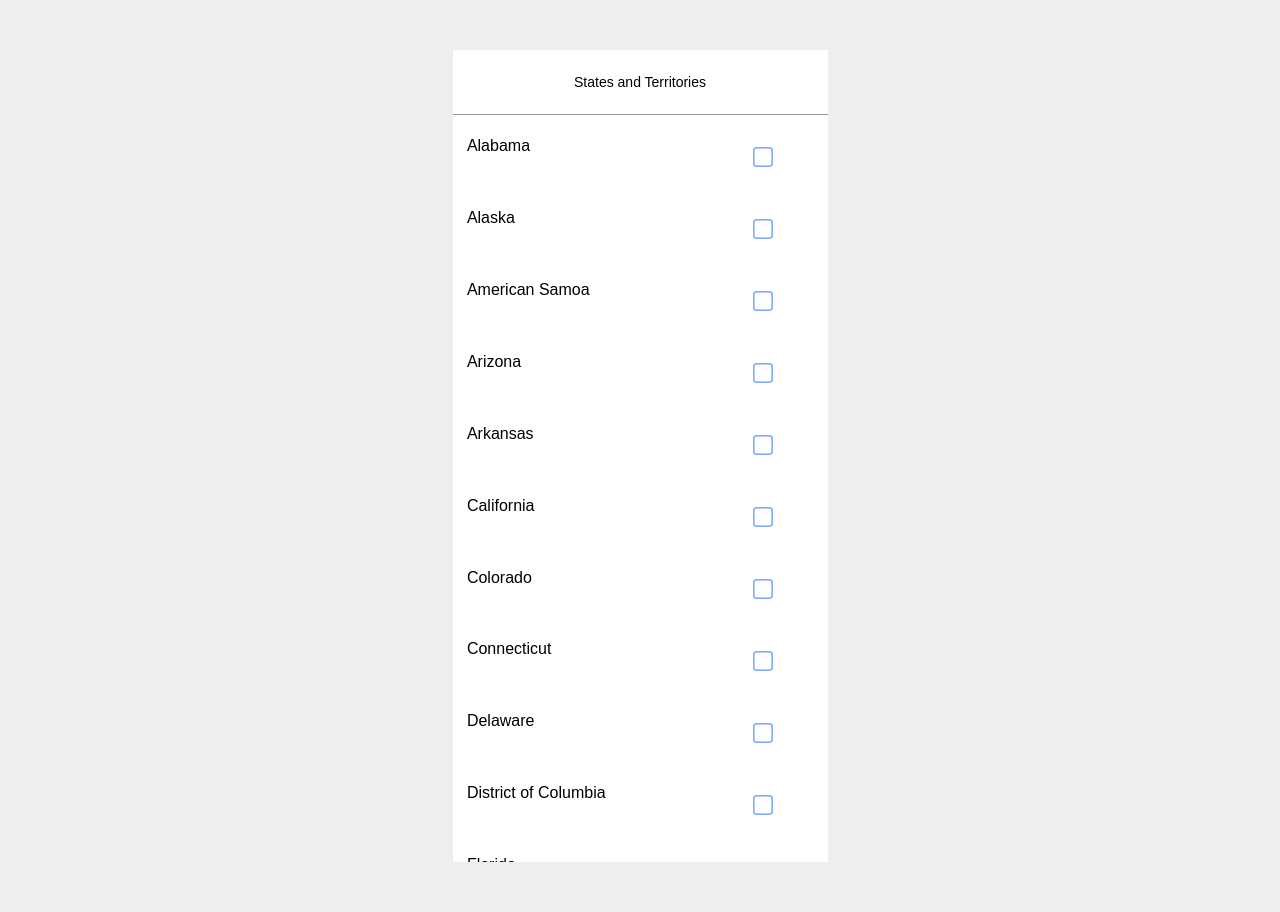
Repository: zitac234/codingTest
Page: /
An editor plug-in stored every save of this project. The page is shown before and after the next save, followed by the edit.
The browser window is 1280 px wide. The pictures show the whole page.
The project was rebuilt for these pictures with package versions that can differ from the ones it lists, and the page was loaded fresh each time.

Above is the page before, as saved 2021-03-31 15:24:14.

After the next save:
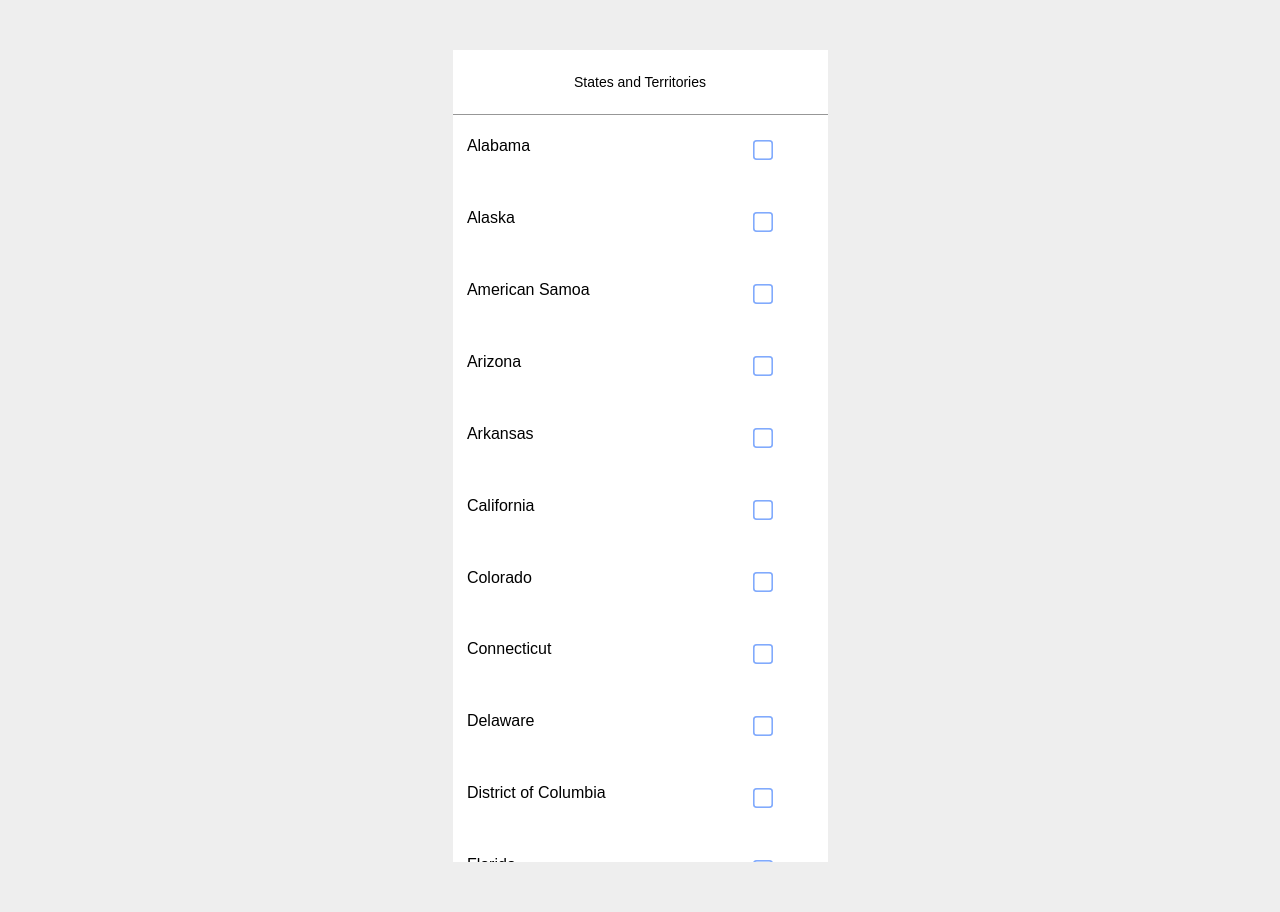
Saved 7 s later.
--- a/src/List.css
+++ b/src/List.css
@@ -8,7 +8,7 @@
 }
 .checkbox{
   margin-left: 80%;
-  margin-top: -1vh;
+  margin-top: -2vh;
 }
 .state{
   margin-left: 2vh;
